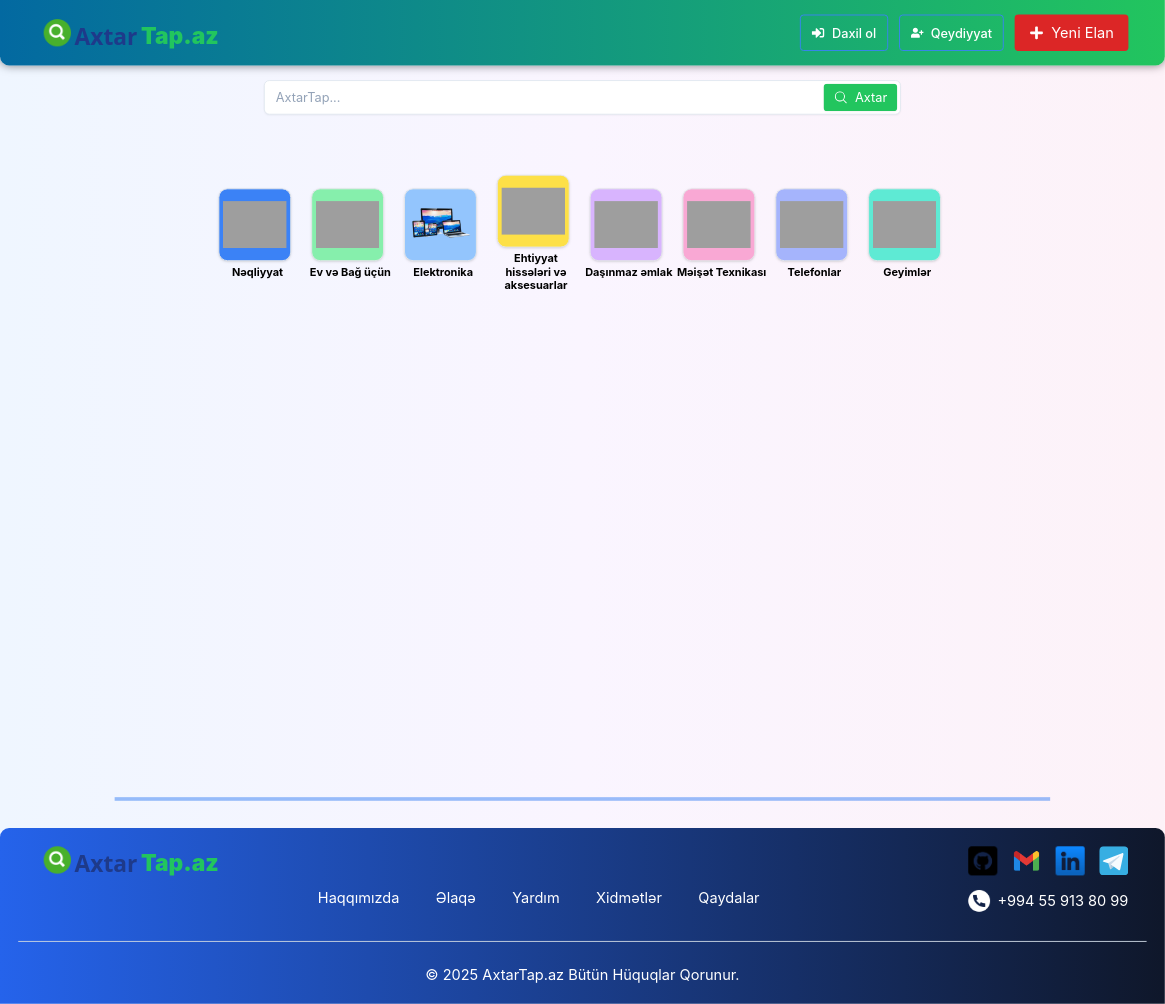
Repository: Omur56/AxtarTap.az
Page: /
An editor plug-in stored every save of this project. The page is shown before and after the next save, followed by the edit.
The browser window is 1280 px wide. The pictures show the whole page, at 91% of full size.
Pictures or frames that could not be fetched are drawn as grey boxes. The page's requests for data from a server got no answer. The project was rebuilt for these pictures with package versions that can differ from the ones it lists, and the page was loaded fresh each time. Some packages were replaced by stand-ins written for this rebuild. No one was signed in, and anything a server would have sent is missing. Also part of the build but not shown: src/pages/About/index.jsx, src/pages/Contact/index.jsx, src/pages/Qaydalar/index.jsx, src/pages/Yardım/index.jsx, src/pages/Xidmetler/index.jsx, src/components/CreatePostNeqliyyat/index.jsx, src/pages/Katalog/Neqliyyat/index.jsx, src/components/CreatePostHome/index.jsx and 30 more.

Above is the page before, as saved 2025-08-21 20:12:51.

### public/index.html
<!DOCTYPE html>
<html lang="en">
  <head>
    <meta charset="utf-8" />
    <link rel="icon" href="./assets/TitleLogoImg/titleLogoAxtar.png" />
    <meta name="viewport" content="width=device-width, initial-scale=1" />
    <meta name="theme-color" content="#449b5c" />
    <meta name="viewport" content="width=device-width, initial-scale=1, viewport-fit=cover">

    <meta
      name="description"
      content="Web site created using create-react-app"
    />
    <link rel="apple-touch-icon" href="./assets/TitleLogoImg/titleLogoAxtar.png" />
    <!--
      manifest.json provides metadata used when your web app is installed on a
      user's mobile device or desktop. See https://developers.google.com/web/fundamentals/web-app-manifest/
    -->
    <link rel="manifest" href="%PUBLIC_URL%/manifest.json" />
    <!--
      Notice the use of %PUBLIC_URL% in the tags above.
      It will be replaced with the URL of the `public` folder during the build.
      Only files inside the `public` folder can be referenced from the HTML.

      Unlike "/favicon.ico" or "favicon.ico", "%PUBLIC_URL%/favicon.ico" will
      work correctly both with client-side routing and a non-root public URL.
      Learn how to configure a non-root public URL by running `npm run build`.
    -->
    <title>AxtarTap.az</title>
  </head>
  <body>
    <noscript>You need to enable JavaScript to run this app.</noscript>
    <div id="root"></div>
    <!--
      This HTML file is a template.
      If you open it directly in the browser, you will see an empty page.

      You can add webfonts, meta tags, or analytics to this file.
      The build step will place the bundled scripts into the <body> tag.

      To begin the development, run `npm start` or `yarn start`.
      To create a production bundle, use `npm run build` or `yarn build`.
    -->
  </body>
</html>

### src/index.css
@tailwind base;
@tailwind components;
@tailwind utilities;



*{
    font-family: -apple-system, BlinkMacSystemFont, "Helvetica Neue", "Segoe UI", sans-serif;
}

### src/components/Main/index.jsx
import {Outlet,  useNavigate } from "react-router";
import Footer from "../Footer";
import BottomMenu from "../MobileMenu";
import Header from "../Header";



const RootLayout = () => {
  const navigate = useNavigate();

  return (
   <div className=" bg-gradient-to-r from-blue-50 via-purple-50 to-pink-50">
       <Header />

      <Outlet />
       <Footer/>
      <BottomMenu />
   </div>
  );
};

export default RootLayout;

### src/pages/Katalog/index.jsx
import { useEffect, useState } from "react";
import { useNavigate } from "react-router";
import { categories } from "./Cateqories";
import { Link } from "react-router-dom";

const Katalog = () => {
  const [activeId, setActiveId] = useState(null);
  const navigate = useNavigate();

  useEffect(() => {
    const savedId = sessionStorage.getItem("selectedCategoryId");
    if (savedId) {
      setActiveId(Number(savedId));
    }
  }, []);

  const handleCategoryClick = (id, path) => {
    setActiveId(id);
    localStorage.setItem("selectedCategoryId", id);
    navigate(`/Katalog/${encodeURIComponent(path)}`);
  };




  return (
    <div className="flex flex-col min-h-screen">

    <div className="min-h-[100px] w-full">
    <div className=" justify-center mx-auto my-[50px] place-items-center  max-w-[800px]  grid grid-cols-3 sm:grid-cols-4 md:grid-cols-5 lg:grid-cols-8 gap-4 ">
      {categories.map((cat) => (
        <Link
          key={cat.id}
          onClick={() => handleCategoryClick(cat.id, cat.path)}
          className="w-[100px] text-center"
        >
          <div className="">
            <button
              className={`${cat.bgColor}   transform hover:scale-105  mx-[7px]  border w-[80px] h-[80px] rounded-[10px] flex justify-center items-center shadow transition-all duration-200
               `}
            >
              <img
                src={cat.icon}
                alt={cat.label}
                className="object-contain w-[70px] h-[70px]"
              />
            </button>
            <div className="mt-1">
              <span
                className={`text-[12px]  text-black font-bold leading-tight block  `}
              >
                {cat.label}
              </span>
            </div>
          </div>
        </Link>
      ))}

    </div>
    </div>

    </div>
  );
};

export default Katalog;

### src/components/Footer/index.jsx
import { Link } from "react-router-dom";
import TitleLogo from "../TitleLogo";

function Footer() {
  return (
    <footer className="px-5 sm:px-5 py-5  bg-gradient-to-r from-blue-600 to-slate-900 rounded-t-[10px]">
      <div className="mx-auto max-w-[1200px] flex flex-col md:flex-row justify-between gap-2">

        <div className="flex justify-start max-h-[20px] md:justify-start">
          <div className="w-20 h-20">
            <TitleLogo />
          </div>
        </div>


        <div className="grid grid-cols-1 mt-[40px] gap-6 items-center text-white justify-center">
          <div className="flex flex-col sm:flex-row sm:gap-6 lg:gap-10 items-center">
            <Link className="hover:text-[#43D262] hover:underline" to={"/about"}>
              Haqqımızda
            </Link>
            <Link className="hover:text-[#43D262] hover:underline" to={"/contact"}>
              Əlaqə
            </Link>



            <Link className="hover:text-[#43D262] hover:underline" to={"/yardim"}>
              Yardım
            </Link>
            <Link className="hover:text-[#43D262] hover:underline" to={"/Xidmetler"}>
              Xidmətlər
            </Link>
            <Link className="hover:text-[#43D262] hover:underline" to={"/Qaydalar"}>
              Qaydalar
            </Link>
       </div>
        </div>

        <div className="flex flex-col items-center md:items-end gap-4">
          <div className="flex gap-4">
            <Link to={"https://github.com/omur56"}>
              <img
                className="w-8 h-8 sm:w-8 sm:h-8"
                src="/assets/SocialMediaIcon/github_3291695-removebg-preview.png"
                alt="Github"
              />
            </Link>
            <Link to={"https://mail.google.com/mail/?view=cm&fs=1&to=omur199624@gmail.com"}>
              <img
                className="w-8 h-8 sm:w-8 sm:h-8"
                src="/assets/SocialMediaIcon/icons8-gmail-48.png"
                alt="Gmail"
              />
            </Link>
            <Link to={"https://www.linkedin.com/in/%C3%B6m%C3%BCrxan-abdullayev-b2052a318"}>
              <img
                className="w-8 h-8 sm:w-8 sm:h-8"
                src="/assets/SocialMediaIcon/linkedin_3992606-removebg-preview.png"
                alt="Linkedin"
              />
            </Link>
            <Link to={"https://t.me/omurxan1"}>
              <img
                className="w-8 h-8 sm:w-8 sm:h-8"
                src="/assets/SocialMediaIcon/telegram-svgrepo-com.svg"
                alt="Telegram"
              />
            </Link>
          </div>

          <a
            className="text-white text-sm sm:text-base flex items-center gap-2 hover:underline hover:text-sky-400"
            href="tel:+994559138099"
          >
            <img
              className="w-6 h-6 sm:w-6 sm:h-6"
              src="/assets/SocialMediaIcon/telephoneicon.png"
              alt="Phone"
            />
            +994 55 913 80 99
          </a>
        </div>
      </div>

      <div className="border-t border-slate-300 mt-8"></div>

      <div className="flex justify-center mt-6">
        <p className="text-white text-center">© 2025 AxtarTap.az Bütün Hüquqlar Qorunur.</p>
      </div>
    </footer>
  );
}

export default Footer;

### src/components/MobileMenu/index.jsx
import React, { useState, useEffect } from "react";
import { Link } from "react-router-dom";
import { menuItems } from "../SideBarMenu/data";

const BottomMenu = () => {
  const [showNavbar, setShowNavbar] = useState(true);
  const [lastScrollY, setLastScrollY] = useState(0);

  useEffect(() => {
    const handleScroll = () => {
      const currentScrollY = window.scrollY;

      if (currentScrollY > lastScrollY) {
        // Aşağı scroll → gizlət
        setShowNavbar(false);
      } else {
        // Yuxarı scroll → göstər
        setShowNavbar(true);
      }

      setLastScrollY(currentScrollY);
    };

    window.addEventListener("scroll", handleScroll);
    return () => window.removeEventListener("scroll", handleScroll);
  }, [lastScrollY]);

  return (
    <div
      className={`md:hidden fixed bottom-0 left-0 w-full rounded-t-[10px] bg-white text-gray-500 flex justify-around items-center py-4 z-50 shadow-lg border-t border-gray-300 transition-transform duration-300 ${
        showNavbar ? "translate-y-0" : "translate-y-full"
      }`}
    >
      {menuItems.slice(0, 5).map((item) => (
        <Link
          key={item.id}
          to={item.url}
          className="flex flex-col items-center text-xs hover:text-[#01D063] transition-colors"
        >
          <div className="text-[25px]">{item.icon}</div>
          <span className="text-[10px]">{item.text}</span>
        </Link>
      ))}
    </div>
  );
};

export default BottomMenu;

### src/components/Header/index.jsx




import { useState } from "react";
import { useNavigate } from "react-router";
import TitleLogo from "../TitleLogo";
import { FaSignInAlt, FaUserPlus, FaPlus, FaUser, FaSignOutAlt } from "react-icons/fa";
import { Link } from "react-router-dom";
function Header() {
  const navigate = useNavigate();
  const [isLoggedIn, setIsLoggedIn] = useState(false);

  const handleLogin = () => {
    // login prosesiniz bitdikdən sonra
    setIsLoggedIn(true);
    navigate("/"); // login olduqda əsas səhifəyə yönləndirmək
  };

  const handleLogout = () => {
    setIsLoggedIn(false);
    navigate("/"); // logout olduqda əsas səhifəyə yönləndirmək
  };

  return (
    <header className="header bg-gradient-to-r from-sky-700 to-green-500 mx-auto my-auto shadow-[0px_0px_10px_0px_rgba(0,0,0,0.5)] rounded-b-[10px]">
      <div className="flex justify-between items-center py-4 mx-auto my-auto max-w-[1200px]">
        <TitleLogo />

        <div className="flex gap-3">
          {!isLoggedIn && (
            <>
              <button
                className="flex hidden md:flex transform ease-in-out duration-500 items-center text-[14px] font-[500] gap-2 bg-transparent border border-blue-500 text-white hover:text-white px-3 py-1 rounded-[4px] hover:bg-blue-500"
                onClick={() => navigate("/login")}
              >
                <FaSignInAlt /> Daxil ol
              </button>
              <button
                className="flex hidden md:flex transform ease-in-out duration-500 items-center text-[14px] font-[500] gap-2 bg-transparent border border-blue-500 text-white hover:text-white px-3 py-1 rounded-[4px] hover:bg-blue-500"
                onClick={() => navigate("/reqister")}
              >
                <FaUserPlus /> Qeydiyyat
              </button>
            </>
          )}

          {isLoggedIn && (
            <>
              <button
                className="flex hidden md:flex transform ease-in-out duration-500 items-center text-[14px] font-[500] gap-2 bg-transparent border border-blue-500 text-white hover:text-white px-3 py-1 rounded-[4px] hover:bg-blue-500"
                onClick={() => navigate("/profile")}
              >
                <FaUser /> Profil
              </button>
              <button
                className="flex hidden md:flex transform ease-in-out duration-500 items-center text-[14px] font-[500] gap-2 bg-red-600 text-white px-3 py-1 rounded-[4px] hover:bg-red-400"
                onClick={handleLogout}
              >
                <FaSignOutAlt /> Logout
              </button>
            </>
          )}

          <button
            className="flex hidden md:flex items-center gap-2 bg-red-600 text-white px-4 py-2 rounded-[4px] hover:bg-red-400 transition"
            onClick={() => navigate("/CreateCatalogPost")}
          >
            <FaPlus /> Yeni Elan
          </button>
        </div>
      </div>
    </header>
  );
}

export default Header;

### src/pages/Katalog/Cateqories/index.jsx

export const categories = [
  { id: 1, path: "Nəqliyyat", label: "Nəqliyyat", icon: "/assets/Katalog/carIcon-removebg-preview.png", bgColor: "bg-blue-500", color: "text-red-300", hover: "text-red-300" },
  { id: 2, path: "Ev_veBag", label: "Ev və Bağ üçün", icon: "/assets/Katalog/mebeltransparent.png", bgColor: "bg-green-300", color: "text-green-300", hover: "text-green-300" },
  { id: 3, path: "Elektronika", label: "Elektronika", icon: "/assets/Katalog/elektronika.png", bgColor: "bg-blue-300", color: "text-blue-300", hover: "text-blue-300" },
  { id: 4, path: "Ehtiyyat_hissələri_ve_aksesuarlar", label: "Ehtiyyat hissələri və aksesuarlar", icon: "/assets/Katalog/ehtiyyatHisseleri.png", bgColor: "bg-yellow-300" , color: "text-yellow-300", hover: "text-yellow-300"},
  { id: 5, path: "Daşınmaz_əmlak", label: "Daşınmaz əmlak", icon: "/assets/Katalog/binatransparent-removebg-preview.png", bgColor: "bg-purple-300", color: "text-purple-300", hover: "text-purple-300" },
  { id: 6, path: "Məişət_Texnikası", label: "Məişət Texnikası", icon: "/assets/Katalog/meiset.png", bgColor: "bg-pink-300" , color: "text-pink-300", hover: "text-pink-300"},
  { id: 7, path: "Telefonlar", label: "Telefonlar", icon: "/assets/Katalog/iphone-13.png", bgColor: "bg-indigo-300", color: "text-indigo-300", hover: "text-indigo-300" },
  { id: 8, path: "Geyimlər", label: "Geyimlər", icon: "/assets/Katalog/geyimler.png", bgColor: "bg-teal-300" , color: "text-teal-300", hover: "text-teal-300"},
  // { id: 9, path: "Zinət_əşyaları", label: "Zinət Əşyaları", icon: "/assets/Katalog/qizil.png", bgColor: "bg-orange-300" , color: "text-orange-300", hover: "text-orange-300"},
];

### src/components/TitleLogo/index.jsx
import { NavLink } from "react-router-dom";



function TitleLogo () {
    return <div className="title-logo p-2 w-[100px] h-[30px] flex  items-center  mb-[0px] cursor-pointer">
       <NavLink className={`w-[100px] h-[30px]`} to={"/"}><p className="flex gap-1 text-blue-900 text-[25px] font-black font-sans"><img className="w-[30px] h-[30px]" src="/assets/TitleLogoImg/axtaricon.png" alt="TezTap" />Axtar<span className="text-green-500 font-black text-[25px]">Tap.az</span></p></NavLink>

         {/* <img src="/assets/TitleLogoImg/titleLogoAxtar.png" alt="TezTap" /> */}
    </div>;
}

export default TitleLogo;

### src/components/SideBarMenu/data.jsx


import {
  FaHome,
  FaUser,
  FaCog,
  FaEnvelope,
  FaThLarge,
   FaPlus,
   FaSearch,
} from "react-icons/fa";
import { MdPersonAdd } from "react-icons/md";
export const menuItems = [
  {
    id: 1,
    text: "Əsas",
    url: "/",
    icon: <FaHome />,
  },
  {
    id: 2,
    text: "Katalog",
    url: "/Katalog",
    icon: <FaThLarge />,
  },
  {
    id: 3,
    text: "Yeni Elan",
    url: "/CreateCatalogPost",
    icon:<FaPlus size={30} /> ,
  },
  {
    id: 4,
    text: "Profil",
    url: "/Login",
    icon: <FaUser />,
  },
  {
    id: 5,
    text: "Axtarış",
    url: "/search",
    icon: <FaSearch  />,
  },
  {
    id: 6,
    text: "Əlaqə",
    url: "/contact",
    icon: <FaEnvelope />,
  },

  {
    id: 7,
    text: "Settings",
    url: "/settings",
    icon: <FaCog />,

  },
    // {
  //   id: 5,
  //   text: "Haqqımızda",
  //   url: "/about",
  //   icon: <FaInfoCircle />,
  // },
];

Loaded but not shown: src/app/routes.js (225 lines, source omitted); tailwind.config.js (29 lines, source omitted); src/index.js (20 lines, source omitted); src/app/index.js (17 lines, source omitted); src/pages/Home/index.jsx (584 lines, source omitted)

After the next save:
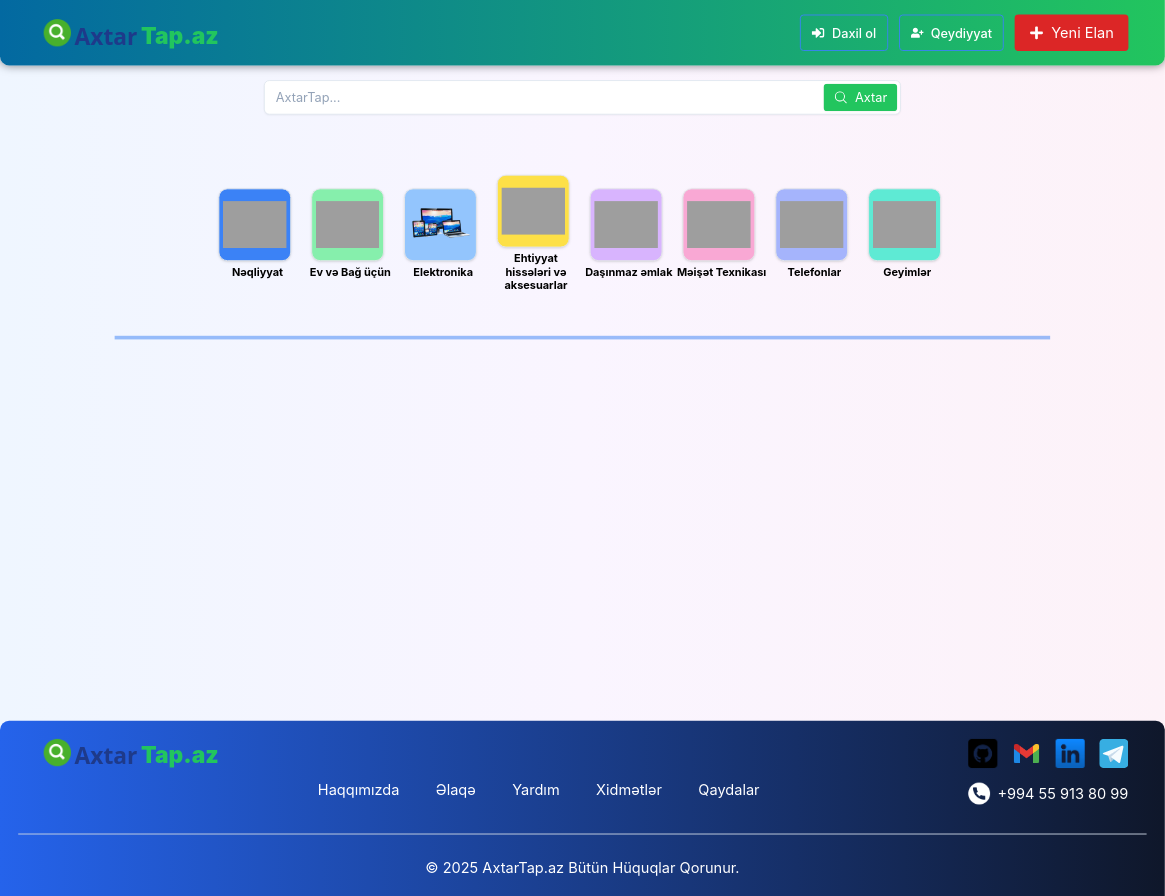
Saved 2 min 1 s later.
--- a/src/pages/Katalog/index.jsx
+++ b/src/pages/Katalog/index.jsx
@@ -24,7 +24,7 @@ const Katalog = () => {
 
 
   return (
-    <div className="flex flex-col min-h-screen">
+    <div className="">
 
     <div className="min-h-[100px] w-full">
     <div className=" justify-center mx-auto my-[50px] place-items-center  max-w-[800px]  grid grid-cols-3 sm:grid-cols-4 md:grid-cols-5 lg:grid-cols-8 gap-4 ">
